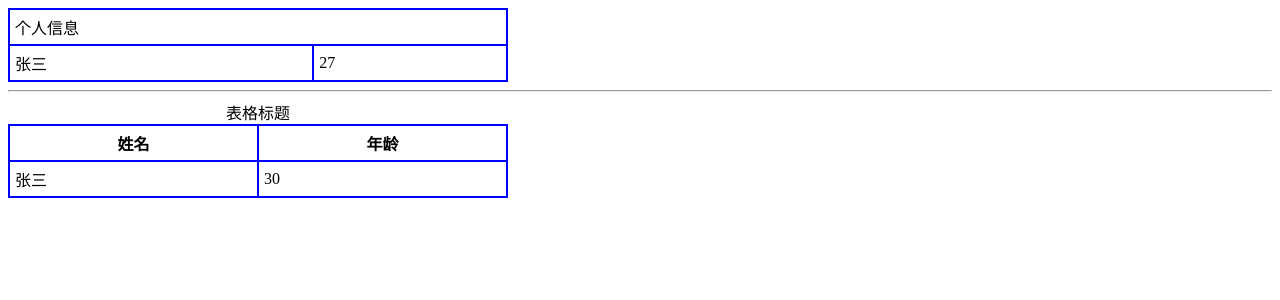
Repository: tangchengjingwen/javaLearningCode
Page: javaLearningCode/day29_html/table.html
The author's editor kept a copy of each file at every save. The page is drawn from the files as they stood at one save, then again after the next save.
The browser window is 1280 px wide. The pictures show the whole page.

Above is the page before, as saved 2012-05-13 06:34:05.

### javaLearningCode/day29_html/table.html
<!DOCTYPE HTML PUBLIC "-//W3C//DTD HTML 4.01//EN" "http://www.w3.org/TR/html4/strict.dtd">
<html>
	<head>
		<meta http-equiv="Content-Type" content="text/html; charset=GBK">
		<title>Untitled Document</title>
	</head>
	<body>

		<table border="1" bordercolor="blue" cellpadding="5" cellspacing="0" width="500">
			<tr>
				<td colspan="2">个人信息</td>
			</tr>
			<tr>
				<td>张三</td>
				<td>27</td>
			</tr>
		</table>
		<HR/>

		<table border="1" bordercolor="blue" cellpadding="5" cellspacing="0" width="500" >
			<caption>表格标题</caption>
			<tr>
				<th>姓名</th>
				<th>年龄</th>
			</tr>
			<tr>
				<td>张三</td>
				<td>30</td>
			</tr>
		</table>



	</body>
</html>

After the next save:
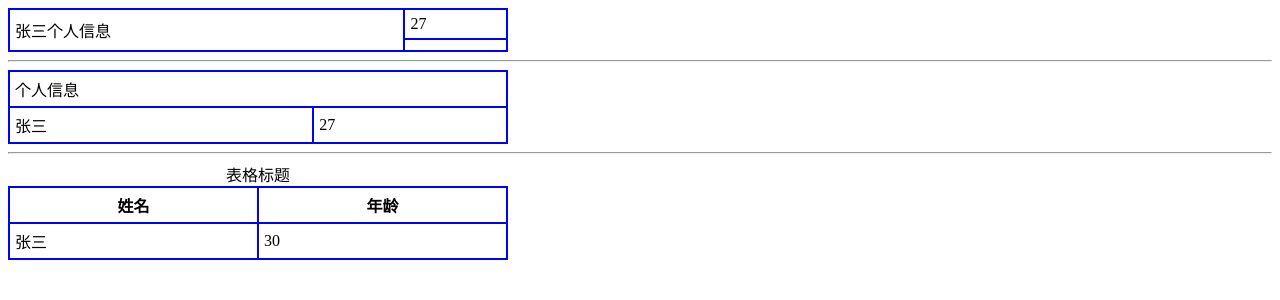
Saved 101 s later.
--- a/javaLearningCode/day29_html/table.html
+++ b/javaLearningCode/day29_html/table.html
@@ -5,6 +5,18 @@
 		<title>Untitled Document</title>
 	</head>
 	<body>
+
+		<table border="1" bordercolor="blue" cellpadding="5" cellspacing="0" width="500">
+
+			<tr>
+				<td rowspan="2">张三个人信息</td>
+				<td>27</td>
+			</tr>
+			<tr>
+				<td colspan="2"></td>
+			</tr>
+		</table>
+		<HR/>
 
 		<table border="1" bordercolor="blue" cellpadding="5" cellspacing="0" width="500">
 			<tr>
